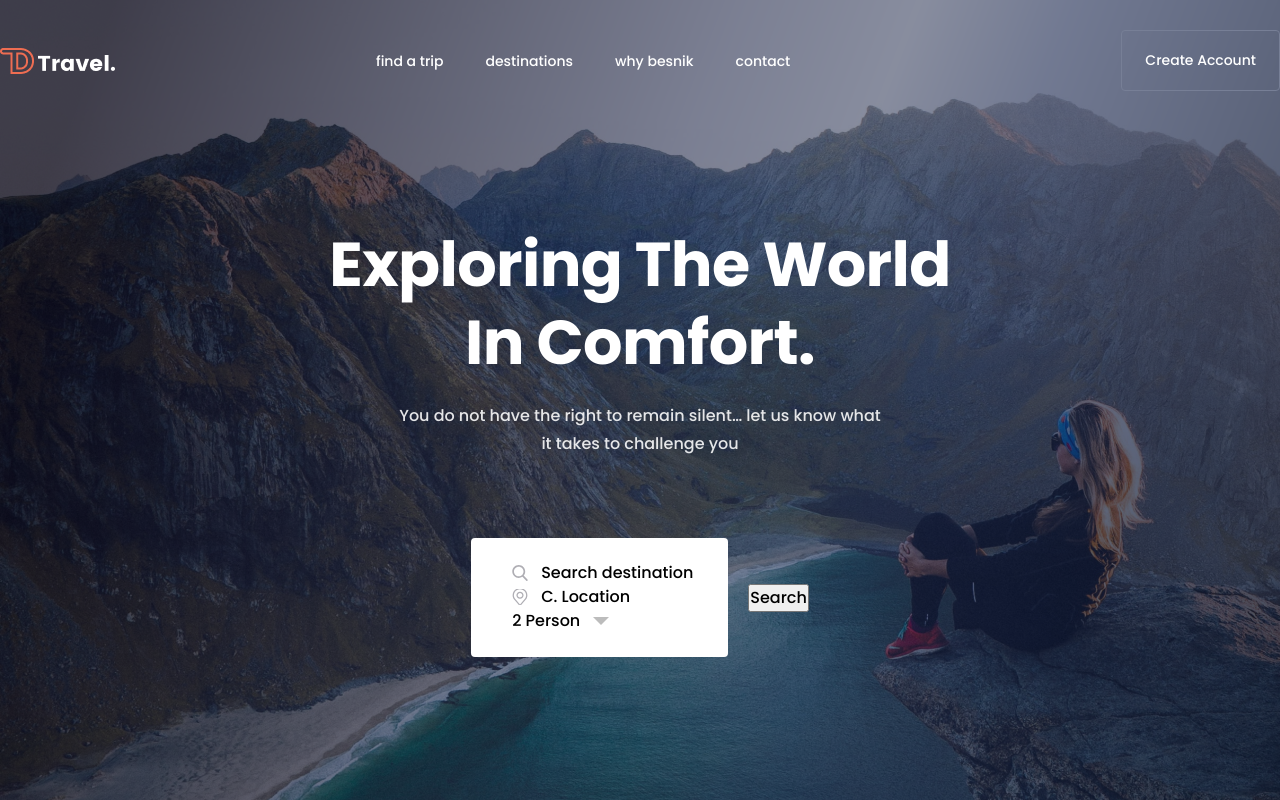
Repository: hoang0508/LandingPage-CodeTravel2
Page: index.html
These files come from the project's save history. The page is drawn as it stood at one moment and after the next save; the edit follows.
The browser window is 1280 px wide. The pictures show the whole page.
The style sheet was rebuilt from its Sass, Less or Tailwind sources for each picture, by a compiler version that may differ from the author's.

Above is the page before, as saved 2022-09-15 16:58:39.

After the next save:
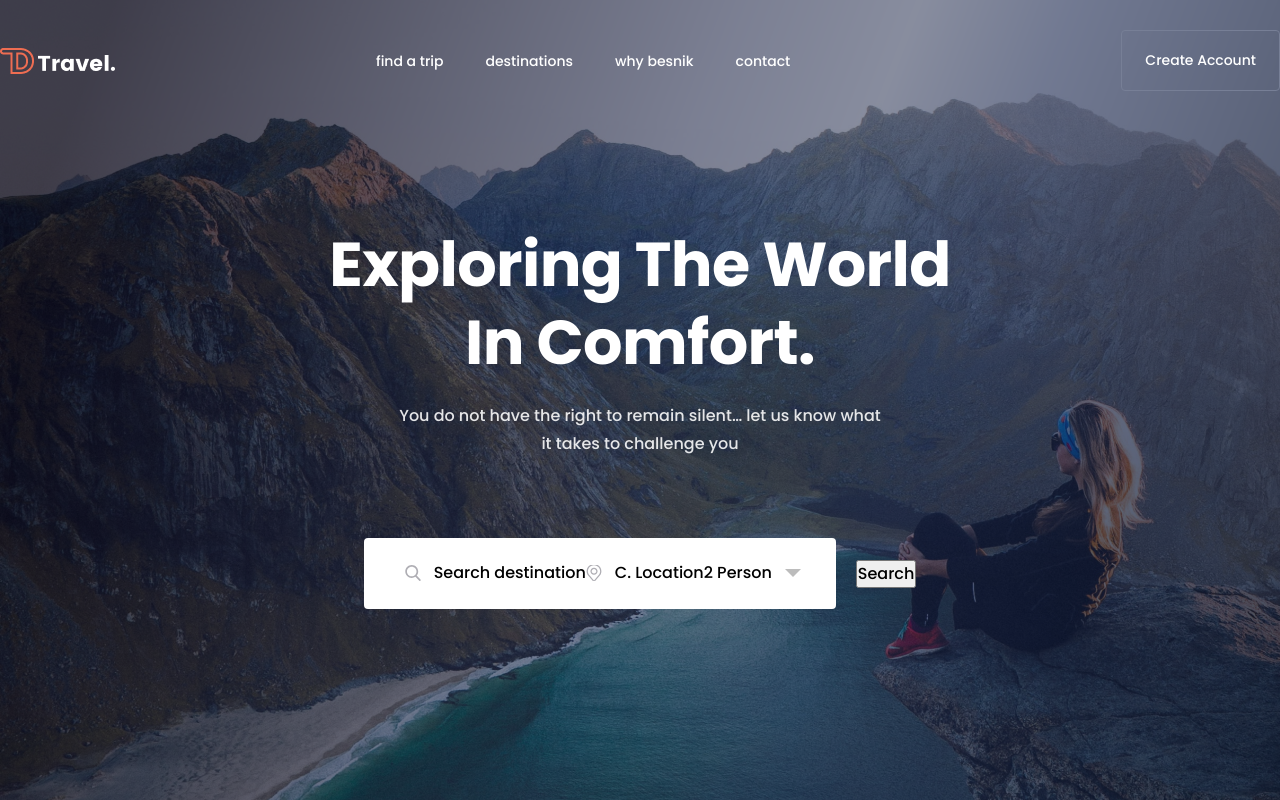
Saved 21 s later.
--- a/sass/_header.scss
+++ b/sass/_header.scss
@@ -63,6 +63,8 @@
       border-radius: 4px;
       box-shadow: 0px 40px 80px -22px rgba(98, 89, 89, 0.09);
       .form-down {
+        display: flex;
+        align-items: center;
         &--col {
           display: flex;
           align-items: center;
